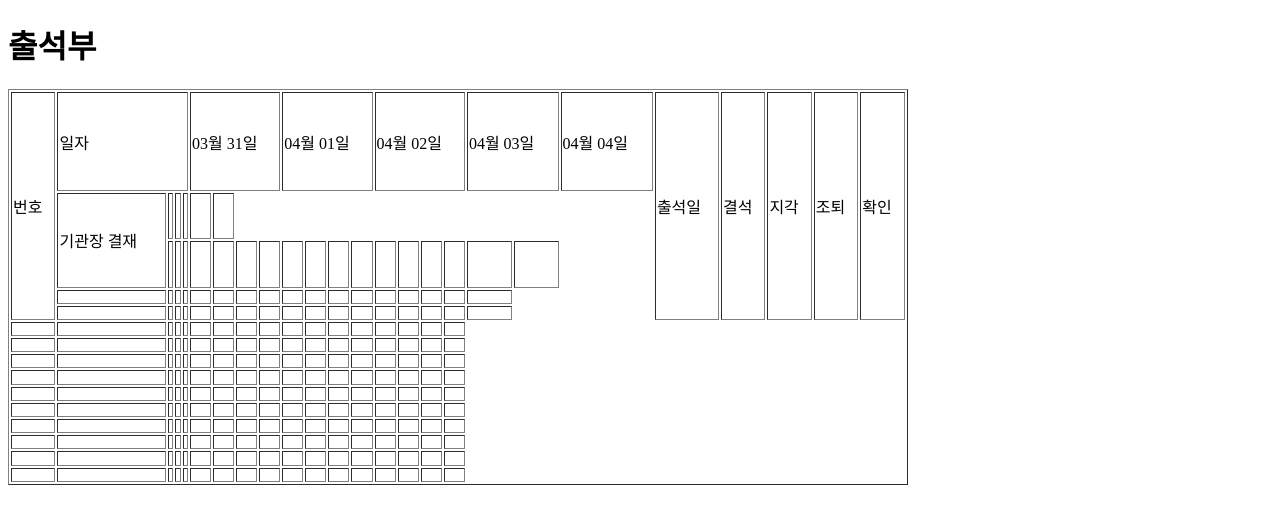
Repository: sinsujung/client
Page: ClientTest/src/main/webapp/문제/q12.html
These files come from the project's save history. The page is drawn as it stood at one moment and after the next save; the edit follows.
The browser window is 1280 px wide. The pictures show the whole page.

Above is the page before, as saved 2023-09-21 03:28:56.

### ClientTest/src/main/webapp/문제/q12.html
<!DOCTYPE html>
<html>
<head>
<meta charset="UTF-8">
<title>Insert title here</title>
</head>
<body>
	<h1>출석부</h1>
	<table>
	<table border="1" width="900" height="396.02">
		<tr>
			<td rowspan="5">번호</td>
			<td colspan="4">일자</td>
			<td colspan="4">03월 31일</td>
			<td colspan="4">04월 01일</td>
			<td colspan="4">04월 02일</td>
			<td colspan="4">04월 03일</td>
			<td colspan="4">04월 04일</td>
			<td rowspan="5">출석일</td>
			<td rowspan="5">결석</td>
			<td rowspan="5">지각</td>
			<td rowspan="5">조퇴</td>
			<td rowspan="5">확인</td>
		</tr>

		<tr>
			<td rowspan="2">기관장 결재</td>
			<td></td>
			<td></td>
			<td></td>
			<td></td>
			<td></td>
		</tr>


		<tr>
			<td></td>
			<td></td>
			<td></td>
			<td></td>
			<td></td>
			<td></td>
			<td></td>
			<td></td>
			<td></td>
			<td></td>
			<td></td>
			<td></td>
			<td></td>
			<td></td>
			<td></td>
			<td></td>
			<td></td>
		</tr>

		<tr>
			<td></td>
			<td></td>
			<td></td>
			<td></td>
			<td></td>
			<td></td>
			<td></td>
			<td></td>
			<td></td>
			<td></td>
			<td></td>
			<td></td>
			<td></td>
			<td></td>
			<td></td>
			<td></td>
			<td></td>
		</tr>

		<tr>
			<td></td>
			<td></td>
			<td></td>
			<td></td>
			<td></td>
			<td></td>
			<td></td>
			<td></td>
			<td></td>
			<td></td>
			<td></td>
			<td></td>
			<td></td>
			<td></td>
			<td></td>
			<td></td>
			<td></td>
		</tr>

		<tr>
			<td></td>
			<td></td>
			<td></td>
			<td></td>
			<td></td>
			<td></td>
			<td></td>
			<td></td>
			<td></td>
			<td></td>
			<td></td>
			<td></td>
			<td></td>
			<td></td>
			<td></td>
			<td></td>
			<td></td>
		</tr>

		<tr>
			<td></td>
			<td></td>
			<td></td>
			<td></td>
			<td></td>
			<td></td>
			<td></td>
			<td></td>
			<td></td>
			<td></td>
			<td></td>
			<td></td>
			<td></td>
			<td></td>
			<td></td>
			<td></td>
			<td></td>
		</tr>

		<tr>
			<td></td>
			<td></td>
			<td></td>
			<td></td>
			<td></td>
			<td></td>
			<td></td>
			<td></td>
			<td></td>
			<td></td>
			<td></td>
			<td></td>
			<td></td>
			<td></td>
			<td></td>
			<td></td>
			<td></td>
		</tr>

		<tr>
			<td></td>
			<td></td>
			<td></td>
			<td></td>
			<td></td>
			<td></td>
			<td></td>
			<td></td>
			<td></td>
			<td></td>
			<td></td>
			<td></td>
			<td></td>
			<td></td>
			<td></td>
			<td></td>
			<td></td>
		</tr>

		<tr>
			<td></td>
			<td></td>
			<td></td>
			<td></td>
			<td></td>
			<td></td>
			<td></td>
			<td></td>
			<td></td>
			<td></td>
			<td></td>
			<td></td>
			<td></td>
			<td></td>
			<td></td>
			<td></td>
			<td></td>
		</tr>

		<tr>
			<td></td>
			<td></td>
			<td></td>
			<td></td>
			<td></td>
			<td></td>
			<td></td>
			<td></td>
			<td></td>
			<td></td>
			<td></td>
			<td></td>
			<td></td>
			<td></td>
			<td></td>
			<td></td>
			<td></td>
		</tr>

		<tr>
			<td></td>
			<td></td>
			<td></td>
			<td></td>
			<td></td>
			<td></td>
			<td></td>
			<td></td>
			<td></td>
			<td></td>
			<td></td>
			<td></td>
			<td></td>
			<td></td>
			<td></td>
			<td></td>
			<td></td>
		</tr>

		<tr>
			<td></td>
			<td></td>
			<td></td>
			<td></td>
			<td></td>
			<td></td>
			<td></td>
			<td></td>
			<td></td>
			<td></td>
			<td></td>
			<td></td>
			<td></td>
			<td></td>
			<td></td>
			<td></td>
			<td></td>
		</tr>

		<tr>
			<td></td>
			<td></td>
			<td></td>
			<td></td>
			<td></td>
			<td></td>
			<td></td>
			<td></td>
			<td></td>
			<td></td>
			<td></td>
			<td></td>
			<td></td>
			<td></td>
			<td></td>
			<td></td>
			<td></td>
		</tr>

		<tr>
			<td></td>
			<td></td>
			<td></td>
			<td></td>
			<td></td>
			<td></td>
			<td></td>
			<td></td>
			<td></td>
			<td></td>
			<td></td>
			<td></td>
			<td></td>
			<td></td>
			<td></td>
			<td></td>
			<td></td>
		</tr>

	</table>
</body>
</html>

After the next save:
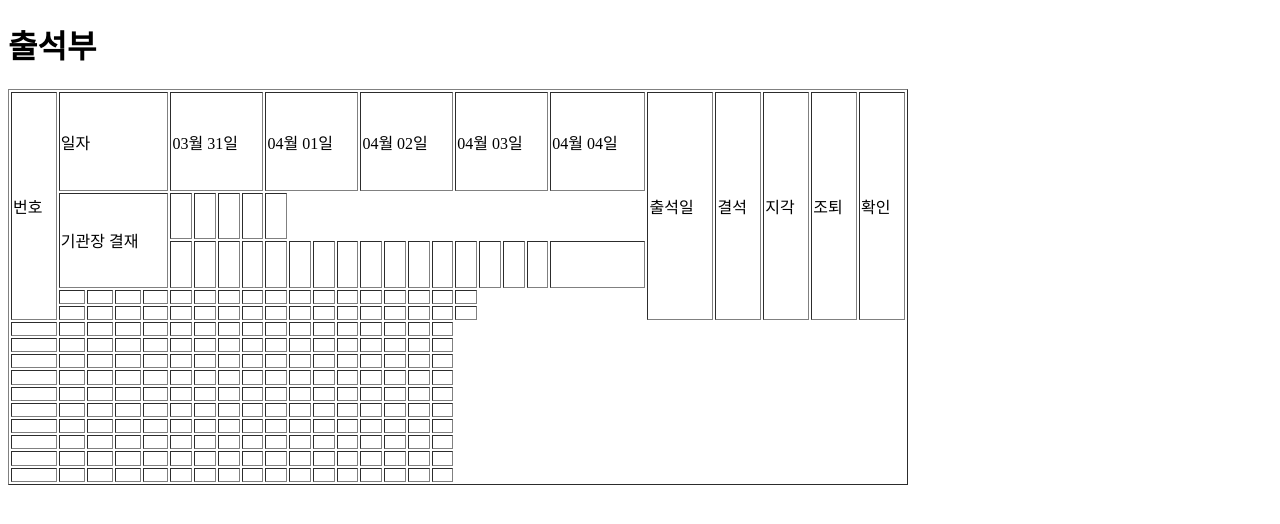
Saved 44 s later.
--- a/ClientTest/src/main/webapp/문제/q12.html
+++ b/ClientTest/src/main/webapp/문제/q12.html
@@ -24,7 +24,7 @@
 		</tr>
 
 		<tr>
-			<td rowspan="2">기관장 결재</td>
+			<td rowspan="2" colspan="4">기관장 결재</td>
 			<td></td>
 			<td></td>
 			<td></td>
